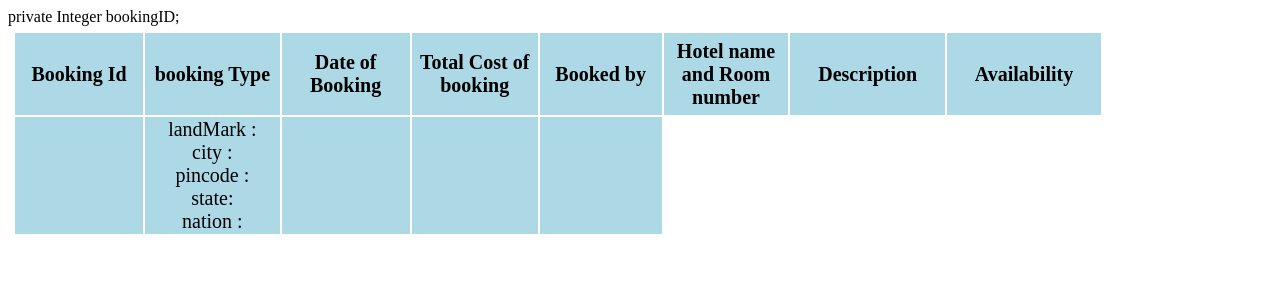
Repository: pparaska/Important
Page: http://localhost/website/WEB-INF/jsp/BookingInformation.jsp
These files come from the project's save history. The page is drawn as it stood at one moment and after the next save; the edit follows.
The browser window is 1280 px wide. The pictures show the whole page.
The page is served by Tomcat 9. Nobody is signed in. Other server files are loaded and not shown. The template is opened directly, without the code that normally fills it, so the values that code supplies are empty.

Above is the page before, as saved 2019-02-12 06:23:35.

### Poonam/All_Services/All_Services/website/src/main/webapp/WEB-INF/jsp/BookingInformation.jsp
<%@ page language="java" contentType="text/html; charset=ISO-8859-1"
	pageEncoding="ISO-8859-1"%>
<!DOCTYPE html>
<html>
<head>
<meta charset="ISO-8859-1">
<title>Insert title here</title>
</head>
<style type="text/css">
table, th, td {
	padding: 5px;
	height: 80px;
	width: 1100px;
	font-size: 20px;
	text-align: center;
	font-family: inherit;
}

th, td {
	padding: 1px;
	background-color: lightblue
}
</style>

<body>
<div>
		<table>
			<tr>
				<th>Booking Id</th>
				<th>booking Type</th>
				<th>Date of Booking</th>
				<th>Total Cost of booking</th>
				<th>Booked by</th>
				<th>Hotel name and Room number</th>
				<th>Description</th>
				<th>Availability</th>
			</tr>
			private Integer bookingID;
	<!-- private String bookingType;
	private Object bookingDetails;
	private LocalDateTime dateOfBooking;
	private Double totalCost;
	private List<Customer> customers;
	private Profile bookedBy;
	private Hotel hotel;
	private Flight flight;
	private LocalDateTime checkInDate;
	private LocalDateTime checkOutDate; -->
			<%-- <jstl:set var="rooms" value="" scope="sesion"></jstl:set> --%>

				<tr>
					<td>${hotel.hotelName}</td>
					<td> landMark : ${hotel.address.landMark} <br>
						city : ${hotel.address.city}<br>
						pincode : ${hotel.address.pincode}<br>
						state: ${hotel.address.state}<br>
						nation : ${hotel.address.nation}<br>

					</td>
					<td>${hotel.review}</td>
					<td>${hotel.photos}</td>
					<td>${hotel.rooms}</td>
</body>
</html>

After the next save:
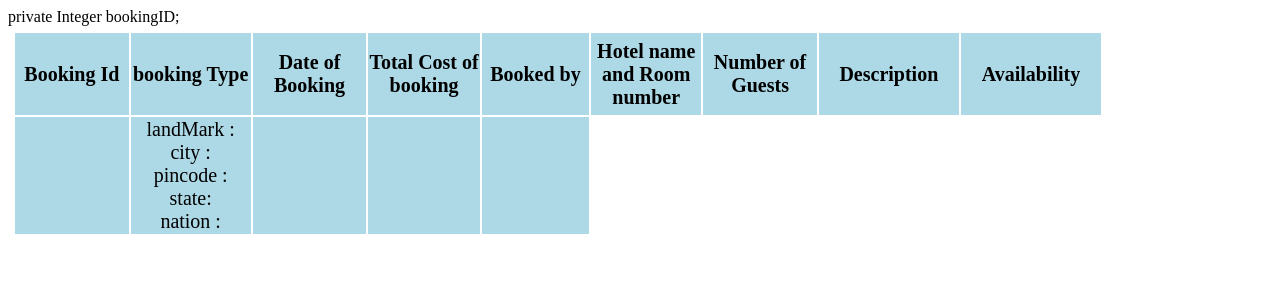
Saved 18 s later.
--- a/Poonam/All_Services/All_Services/website/src/main/webapp/WEB-INF/jsp/BookingInformation.jsp
+++ b/Poonam/All_Services/All_Services/website/src/main/webapp/WEB-INF/jsp/BookingInformation.jsp
@@ -32,6 +32,7 @@ th, td {
 				<th>Total Cost of booking</th>
 				<th>Booked by</th>
 				<th>Hotel name and Room number</th>
+				<th>Number of Guests</th>
 				<th>Description</th>
 				<th>Availability</th>
 			</tr>
